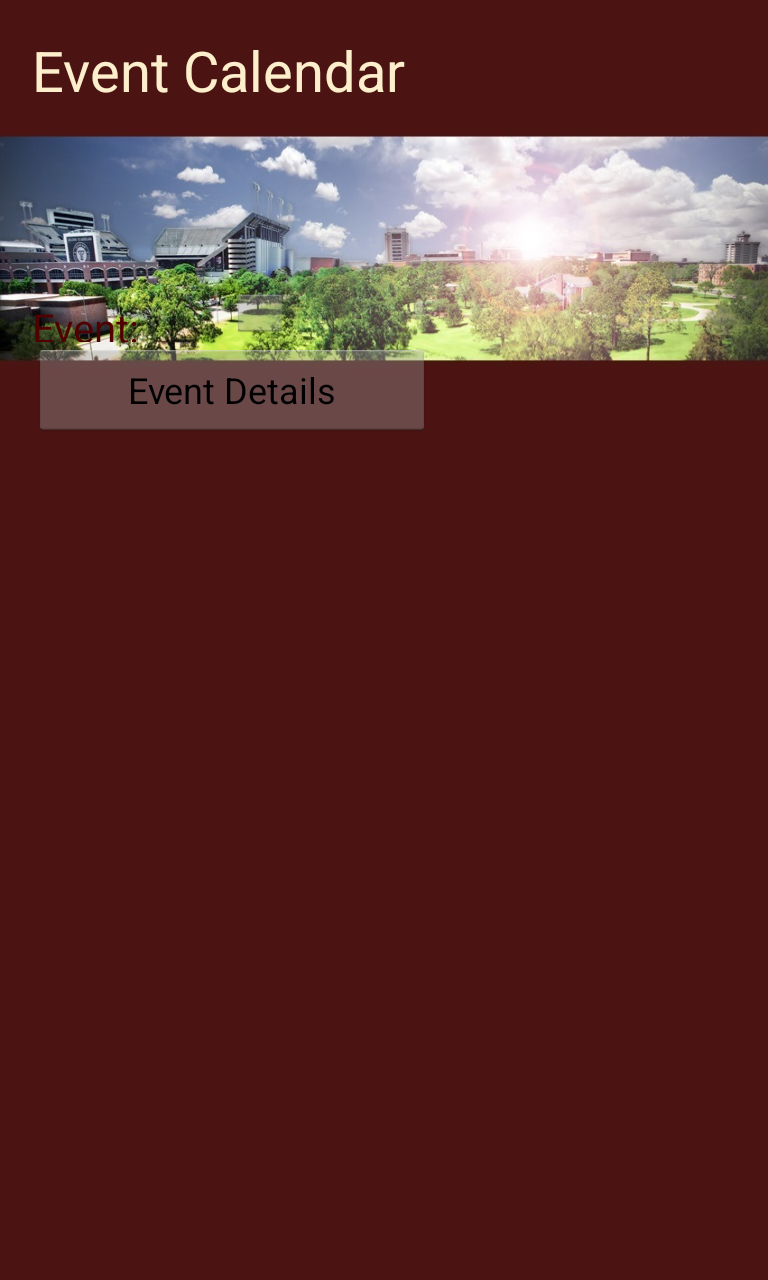
Repository: jannelg92/ANDROIDAPP
Layout: GEOINNOVATION/TAMUgis-dayEvents/res/layout/f_event_details.xml
These files come from the project's save history. The layout is drawn as it stood at one moment and after the next save; the edit follows.
It is drawn on a 768 x 1280 px phone screen (xhdpi) without system bars, with theme AppTheme; the app's code is not run.

Above is the layout before, as saved 2014-04-19 01:43:50.

### GEOINNOVATION/TAMUgis-dayEvents/res/layout/f_event_details.xml
<LinearLayout xmlns:android="http://schemas.android.com/apk/res/android"
    xmlns:tools="http://schemas.android.com/tools"
    android:layout_width="match_parent"
    android:layout_height="match_parent"
    android:orientation="vertical"
    android:background="@drawable/aggieland_bbackground"
    android:paddingBottom="@dimen/activity_vertical_margin"
    android:paddingLeft="@dimen/activity_horizontal_margin"
    android:paddingRight="@dimen/activity_horizontal_margin"
    android:paddingTop="@dimen/activity_vertical_margin" >


    <TextView
        android:id="@+id/event_cal"
        android:layout_width="wrap_content"
        android:layout_height="wrap_content"
        android:drawablePadding="10dp"
        android:text="@string/calendar"
        android:textColor="@color/background"
        android:textSize="@dimen/big_text" />
		<LinearLayout
		    android:layout_width="match_parent"
		    android:layout_height="wrap_content"
		    android:orientation="horizontal"
		    android:layout_marginTop="90dp" >
		      <TextView
		        android:id="@+id/event_label"
		        android:layout_width="wrap_content"
		        android:layout_height="wrap_content"
		        android:drawablePadding="10dp"
		        android:text="Event: "
		        android:textColor="#500000"
		        android:textSize="@dimen/mid_text" />
		       <TextView
		        android:id="@+id/event_name"
		        android:layout_width="wrap_content"
		        android:layout_height="wrap_content"
		        android:drawablePadding="10dp"
		        android:text="        "
		        android:textColor="#500000"
		        android:textSize="@dimen/mid_text" />
		        <Button
		        android:id="@+id/event_dtls"
		        android:layout_width="60px"
		        android:layout_height="50px"
		        android:drawablePadding="10dp"
		        android:src="@drawable/ic_action_checkin" />


      </LinearLayout>
    <Button
        android:id="@+id/eventDetails_b"
        android:layout_width="200dp"
        android:layout_height="wrap_content"
        android:text="@string/details"
        android:clickable="true" />

</LinearLayout>

### GEOINNOVATION/TAMUgis-dayEvents/res/values/dimens.xml
<resources>

   <dimen name="activity_horizontal_margin">16dp</dimen>
    <dimen name="activity_vertical_margin">16dp</dimen>

    <dimen name="big_text">28dip</dimen>
    <dimen name="mid_text">20dip</dimen>
    <dimen name="small_text">16dip</dimen>
    <dimen name="return_w">50dp</dimen>
    <dimen name="return_h">50dp</dimen>
    <dimen name="text_sizeW">70dp </dimen>
    <dimen name="text_sizeH">70dp</dimen>
    <dimen name="button_w">200dp </dimen>
    <dimen name="button_h">60dp </dimen>
    <!--
         Per the design guidelines, navigation drawers should be between 240dp and 320dp:
         https://developer.android.com/design/patterns/navigation-drawer.html
    -->
    <dimen name="navigation_drawer_width">277dp</dimen>

</resources>

### GEOINNOVATION/TAMUgis-dayEvents/res/values/strings.xml
<?xml version="1.0" encoding="utf-8"?>
<resources>

    <!-- Menu, Application, Object TITLES -->
    <string name="app_name">TAMUgis-day Events</string>
    <string name="application_name">Texas A&amp;M Geoservices</string>
    <string name="nav_drawer">Navigation Drawer</string>
    <string name="layout_piece">Structure or element of the layout</string>
    <string name="hello_world">Hello  W O R L D!! :)</string>
    <string name="title_menu">Navigation Menu</string>
    <string name="title_activity_user_options">UserOptions</string>
    <string name="title_activity_events">Events</string>
    <string name="title_activity_event_checkin">Event_checkin</string>
    <string name="title_section1">Welcome</string>
    <string name="title_section2">Events</string>
    <string name="title_sectionLogin">Log-in</string>
    <string name="title_section3">Event Check-in</string>
    <string name="title_section4">My Events</string>
    <string name="title_section5">Settings</string>
    <string name="title_section6">Log-out</string>

    <string-array name="mainTitles">
        <item id="menu1_99">Log-in </item>
        <item id="menu1_100">Event Calendar </item>
        <item id="menu1_101">Share </item>
    </string-array>
    <string-array name="userTitles">
        <item id="menu2_99"> Event Calendar </item>
        <item id="menu2_100"> Event Check-in </item>
        <item id="menu2_101"> My Events </item>
        <item id="menu2_102"> Share </item>
        <item id="menu2_103"> Settings </item>
        <item id="menu2_104"> Log-out</item>
    </string-array>
    <string-array name="menuTitles">
        <item id="menu2_99"> @drawable/tamugeologo </item>
        <item id="menu2_100"> Log-in </item>
        <item id="menu2_101"> Event Calendar </item>
        <item id="menu2_102"> Event Check-in </item>
        <item id="menu2_103"> My Events </item>
        <item id="menu2_104"> Share </item>
        <item id="menu2_105"> Settings </item>
        <item id="menu2_106"> Log-out </item>
    </string-array>

    <array name="nav_drawer_icons">
        <item>@drawable/ic_action_launcher</item>
        <item>@drawable/ic_action_signup</item>
        <item>@drawable/ic_action_eventcal</item>
        <item>@drawable/ic_action_checkin</item>
        <item>@drawable/ic_action_myevents</item>
        <item>@drawable/ic_action_share</item>
        <item>@drawable/ic_action_settings</item>
        <item>@drawable/ic_action_import_export</item>
    </array>

    <!--  -->


    <!-- Strings related to Settings, Example General settings -->
    <string name="pref_header_general">General</string>
    <string name="pref_title_social_recommendations">Enable social recommendations</string>
    <string name="pref_description_social_recommendations">Recommendations for people to contact based on your message history</string>
    <string name="pref_title_display_name">Display name</string>
    <string name="pref_default_display_name">John Smith</string>
    <string name="pref_title_add_friends_to_messages">Add friends to messages</string>

    <string-array name="pref_example_list_titles">
        <item>Always</item>
        <item>When possible</item>
        <item>Never</item>
    </string-array>
    <string-array name="pref_example_list_values">
        <item>1</item>
        <item>0</item>
        <item>-1</item>
    </string-array>

    <!-- Example settings for Data & Sync -->
    <string name="pref_header_data_sync">Data &amp; sync</string>
    <string name="pref_title_sync_frequency">Sync frequency</string>

    <string-array name="pref_sync_frequency_titles">
        <item>15 minutes</item>
        <item>30 minutes</item>
        <item>1 hour</item>
        <item>3 hours</item>
        <item>6 hours</item>
        <item>Never</item>
    </string-array>
    <string-array name="pref_sync_frequency_values">
        <item>15</item>
        <item>30</item>
        <item>60</item>
        <item>180</item>
        <item>360</item>
        <item>-1</item>
    </string-array>

    <string name="pref_title_system_sync_settings">System sync settings</string>

    <!-- Example settings for Notifications -->

    <string name="pref_header_notifications">Notifications</string>
    <string name="pref_title_new_message_notifications">New message notifications</string>
    <string name="pref_title_ringtone">Ringtone</string>
    <string name="pref_ringtone_silent">Silent</string>
    <string name="pref_title_vibrate">Vibrate</string>
    <string name="app_settings">App Settings</string>
    <string name="main">Home</string>
    <string name="login">Log-in</string>
    <string name="calendar">Event Calendar</string>
    <string name="checkin">Event Checkin</string>
    <string name="myevents">My Events</string>
    <string name="share">Share</string>
    <string name="map">Map</string>
    <string name="settings">Settings</string>
    <string name="logout">Log-out</string>
    <string name="returnB">Back</string>
    <string name="details">Event Details</string>
    <string name="prof_classes">Professor-added Classes </string>
    <string name="prof">Professors </string>
    <string name="pics">Pictures</string>
    <string name="signup">Sign-up </string>
    <string name="mycourses">My Courses</string>
    <string name="notify">Notifcation Options </string>
    <string name="event_remind">Send Event Reminders</string>
    <string name="push">Allow Push Notifications</string>
    <string name="gps">Allow GPS Tracking</string>

    <!-- Description Strings -->
    <color name="maroon">#500000</color>
    <color name="selector">#F4AF00</color>
    <color name="background">#FDEFCC </color>

    <string name="drawer_open">Open Menu</string>
    <string name="drawer_close">Close Menu</string>
    <string name="app_error">Sorry, GIS DAY app is NOT available.</string>
    <string name="navigation_drawer_open">Open navigation drawer</string>
    <string name="navigation_drawer_close">Close navigation drawer</string>
    <string name="action_example">HelloWorld</string>
    <string name="action_settings">Settings</string>
    <string name="prompt_email">Email</string>
    <string name="prompt_password">Password</string>
    <string name="action_sign_in_register"><b>Sign in</b> or register</string>
    <string name="action_sign_in_short">Sign in</string>
    <string name="action_forgot_password">Recover lost password</string>
    <string name="login_progress_signing_in">Signing in&#8230;</string>
    <string name="error_invalid_email">This email address is invalid</string>
    <string name="error_invalid_password">This password is too short</string>
    <string name="error_incorrect_password">This password is incorrect</string>
    <string name="error_field_required">This field is required</string>
    <string name="title_activity_event_calendar">EventCalendar</string>

</resources>

Loaded but not shown: GEOINNOVATION/TAMUgis-dayEvents/res/values/styles.xml (common file); GEOINNOVATION/TAMUgis-dayEvents/res/values-v11/styles.xml (common file); GEOINNOVATION/TAMUgis-dayEvents/res/values-v14/styles.xml (common file); GEOINNOVATION/TAMUgis-dayEvents/res/values-w820dp/dimens.xml (common file)

After the next save:
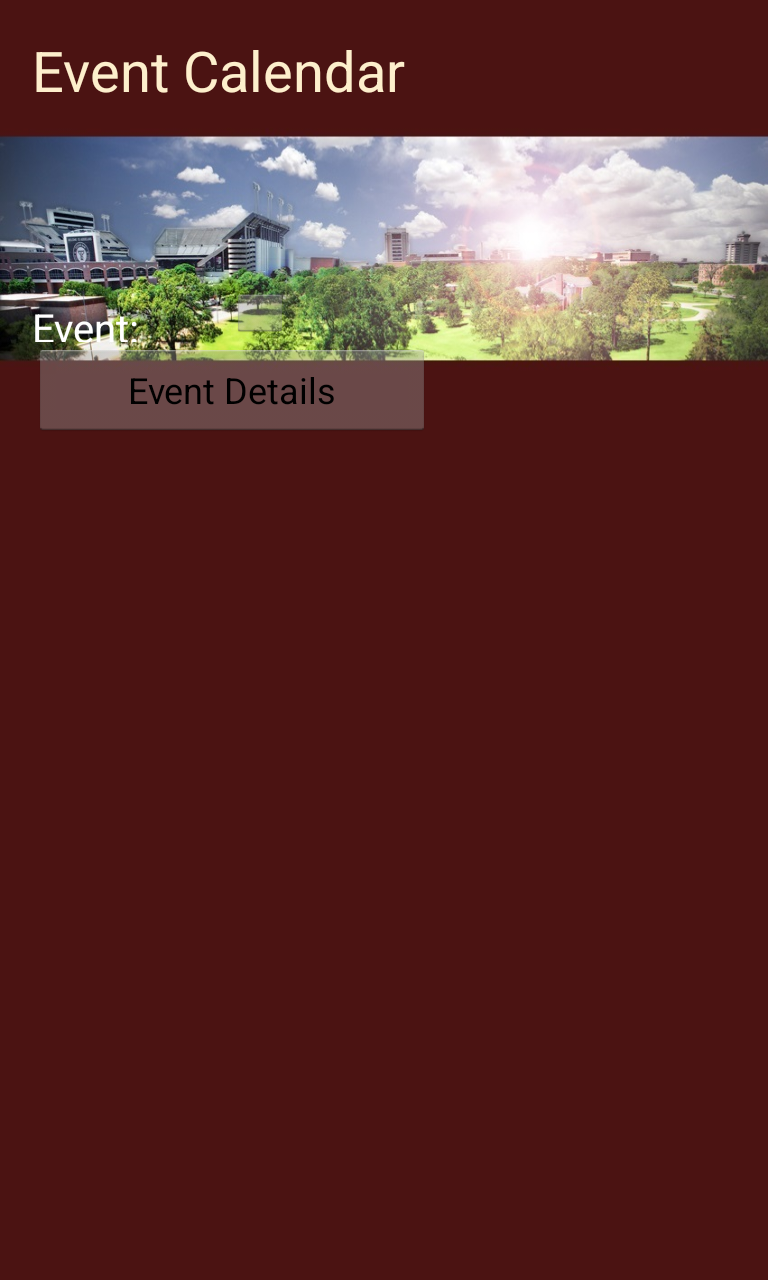
Saved 11 s later.
--- a/GEOINNOVATION/TAMUgis-dayEvents/res/layout/f_event_details.xml
+++ b/GEOINNOVATION/TAMUgis-dayEvents/res/layout/f_event_details.xml
@@ -29,7 +29,7 @@
 		        android:layout_height="wrap_content"
 		        android:drawablePadding="10dp"
 		        android:text="Event: "
-		        android:textColor="#500000"
+		        android:textColor="#ffffff"
 		        android:textSize="@dimen/mid_text" />
 		       <TextView
 		        android:id="@+id/event_name"
